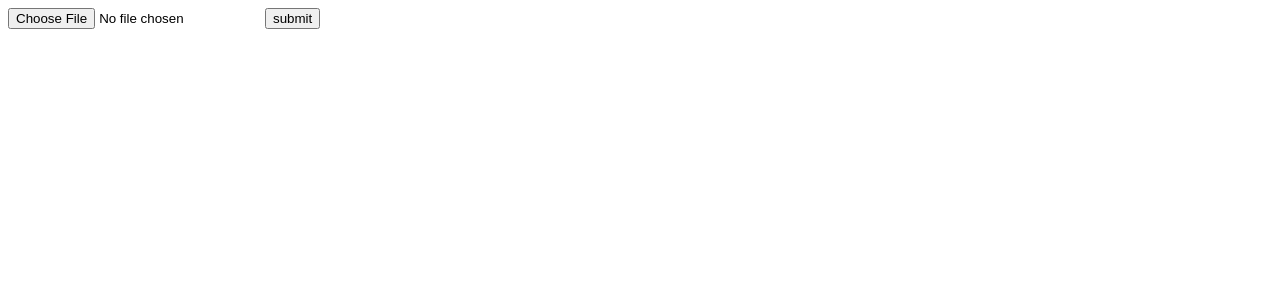
Repository: GourabIX/Java_FSD
Page: Assignment/restful_web_service/WebServiceClientWebApp/src/main/webapp/upload.html
The author's editor kept a copy of each file at every save. The page is drawn from the files as they stood at one save, then again after the next save.
The browser window is 1280 px wide. The pictures show the whole page.

Above is the page before, as saved 2019-10-03 13:51:10.

After the next save:
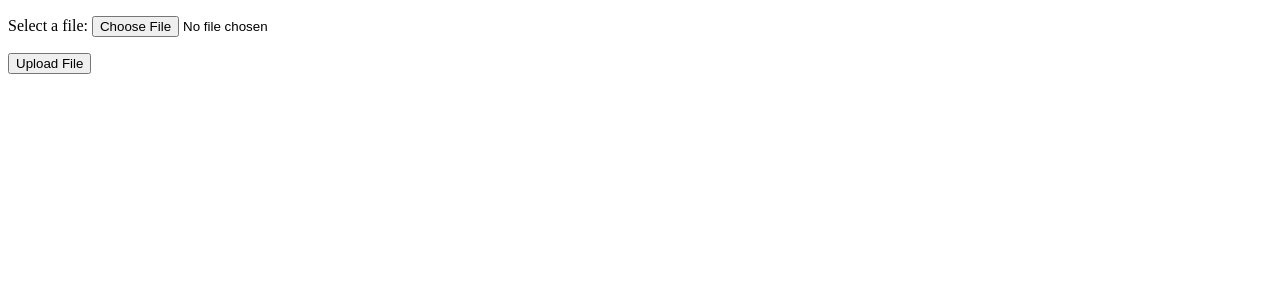
Saved 3 min 33 s later.
--- a/Assignment/restful_web_service/WebServiceClientWebApp/src/main/webapp/upload.html
+++ b/Assignment/restful_web_service/WebServiceClientWebApp/src/main/webapp/upload.html
@@ -6,8 +6,10 @@
 </head>
 <body>
 <form action="http://localhost:8080/HelloWebService/zenrestfulws/upload" method="POST" enctype="multipart/form-data">
-	<input type="file" name="myfile">
-	<input type="submit" value="submit">
+	<p>
+	Select a file: <input type="file" name="myfile">
+	</p>
+	<input type="submit" value="Upload File">
 </form>
 </body>
 </html>
